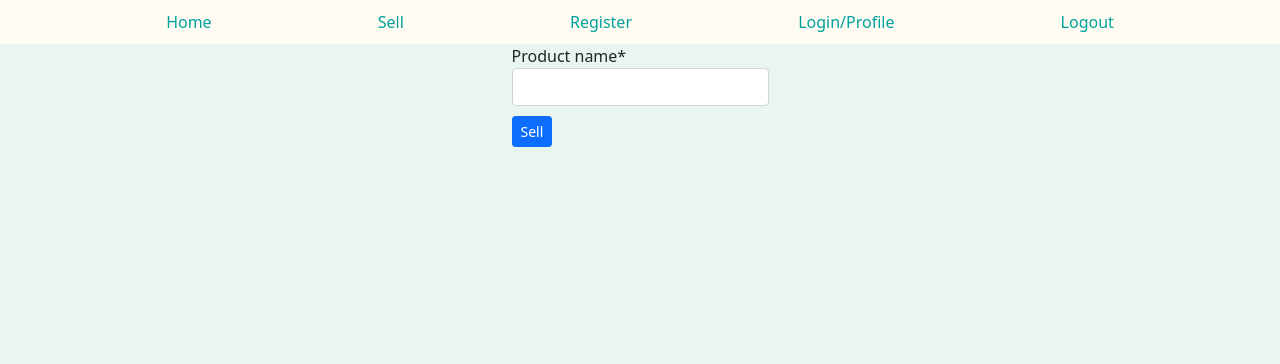
Repository: RiteshK555/itw-project
Page: http://localhost/sell/
The author's editor kept a copy of each file at every save. The page is drawn from the files as they stood at one save, then again after a run of saves.
The browser window is 1280 px wide. The pictures show the whole page.
The page is served by the project's application, run on Django 3.2 (student_olx/manage.py). Other server files are loaded and not shown. The page reads the database file committed with the project.

Above is the page before, as saved 2021-09-23 12:29:33.

### student_olx/main/templates/main/sell.html
{%extends 'main/base.html'%}
{% load static %}
{%block title%}
Sell
{%endblock%}
{%load crispy_forms_tags%}
{% block styles %}
<link rel="stylesheet" type="text/css" href="{% static 'main/sell.css'%}">
{% endblock %}
{%block content%}
<div class="formsell">
<form method="POST" class="form-group" action="/sell/">
{%csrf_token %}
{{form|crispy}}
<button type="submit"  class="btn sellbutton btn-sm btn-primary" name="save">Sell</button>
</form>
</div>
{%endblock%}

### student_olx/main/templates/main/base.html
{% load static%}
<!DOCTYPE html>
<!--[if lt IE 7]>      <html class="no-js lt-ie9 lt-ie8 lt-ie7"> <![endif]-->
<!--[if IE 7]>         <html class="no-js lt-ie9 lt-ie8"> <![endif]-->
<!--[if IE 8]>         <html class="no-js lt-ie9"> <![endif]-->
<!--[if gt IE 8]>      <html class="no-js"> <!--<![endif]-->
<html lang="en">
    <head>
        <meta charset="utf-8">
        <meta http-equiv="X-UA-Compatible" content="IE=edge">
        <title>{%block title%}This is Base Title{%endblock%}</title>
        <meta name="description" content="">
        <link href="https://cdn.jsdelivr.net/npm/bootstrap@5.1.1/dist/css/bootstrap.min.css" rel="stylesheet" integrity="sha384-F3w7mX95PdgyTmZZMECAngseQB83DfGTowi0iMjiWaeVhAn4FJkqJByhZMI3AhiU" crossorigin="anonymous">
        <meta name="viewport" content="width=device-width, initial-scale=1">
        <link rel="stylesheet" type="text/css" href="{% static 'main/style.css'%}">
        {% block styles %}
        {% endblock %}
    </head>
    <div class="header">
        <a href="/">Home</a>
        <a href="/sell">Sell</a>
       <a href="/register">Register</a>
        <a href="/login">Login/Profile</a>
        <a href="/logout">Logout</a>
    </div>
    <body>
    <div id="content">
    {%block content %}
    {% endblock %}
    </div>
        <!--[if lt IE 7]>
            <p class="browsehappy">You are using an <strong>outdated</strong> browser. Please <a href="#">upgrade your browser</a> to improve your experience.</p>
        <![endif]-->
        <script src="https://cdn.jsdelivr.net/npm/bootstrap@5.1.1/dist/js/bootstrap.bundle.min.js" integrity="sha384-/bQdsTh/da6pkI1MST/rWKFNjaCP5gBSY4sEBT38Q/9RBh9AH40zEOg7Hlq2THRZ" crossorigin="anonymous"></script>
        <script src="" async defer></script>
    </body>
</html>

### student_olx/main/forms.py
from django import forms
from .models import *
class CreateNewProduct(forms.ModelForm):
    class Meta:
        model=product
        fields=['product_name']

### student_olx/main/models.py
from django.db import models
from django.contrib.auth.models import User
# Create your models here.
class product(models.Model):
    seller=models.ForeignKey(User,on_delete=models.CASCADE,default=1)
    product_name=models.CharField(max_length=200,default='')
    description=models.CharField(max_length=600,default='')
    product_img=models.ImageField(upload_to='imgs')
    def __str__(self):
        return self.product_name

# class Item(models.Model):
#     todolist=models.ForeignKey(ToDoList,on_delete=models.CASCADE)
#     text=models.CharField(max_length=100)
#     complete=models.BooleanField()
#     def __str__(self):
#         return self.text

### student_olx/main/views.py
from django.http.response import HttpResponseRedirect
from django.shortcuts import render,redirect
from .models import product

# Create your views here.
from django.http import HttpResponse
from .forms import CreateNewProduct
def index(response,id):
    lis=product.objects.get(id=id)
    return render(response,"main/base.html",{"name":lis})
def home(response):
    all_products=product.objects.all()
    return render(response,"main/home.html",{"products":all_products})
def sell(response):
    if response.method == "POST":
        form=CreateNewProduct(response.POST)
        if form.is_valid():
            p_n=form.cleaned_data["product_name"]
            d=form.cleaned_data["description"]
            m=product(product_name=p_n,description=d)
            m.save()
        return render(response,"main/home.html")
    else:
        form=CreateNewProduct()
    return render(response,"main/sell.html",{"form":form})
def buy(response):
    return render(response,"main/buy.html",{})

### student_olx/student_olx/urls.py
"""student_olx URL Configuration

The `urlpatterns` list routes URLs to views. For more information please see:
    https://docs.djangoproject.com/en/3.1/topics/http/urls/
Examples:
Function views
    1. Add an import:  from my_app import views
    2. Add a URL to urlpatterns:  path('', views.home, name='home')
Class-based views
    1. Add an import:  from other_app.views import Home
    2. Add a URL to urlpatterns:  path('', Home.as_view(), name='home')
Including another URLconf
    1. Import the include() function: from django.urls import include, path
    2. Add a URL to urlpatterns:  path('blog/', include('blog.urls'))
"""
from django.contrib import admin
from django.urls import path,include
from django.conf import settings
from django.conf.urls.static import static
# from main import views as v
from  registration import views
urlpatterns = [
    path('admin/', admin.site.urls),
    path("register/",views.register,name="register"),
    path("login/",views.login,name="login"),
    path("addfunds/",views.addfunds,name="addfunds"),
    path("",include("main.urls")),
    path("",include("django.contrib.auth.urls")),
]
if settings.DEBUG:
    urlpatterns+=static(settings.MEDIA_URL,document_root=settings.MEDIA_ROOT)

### student_olx/main/urls.py
from django.urls import path
from . import views
urlpatterns =[
    path("<int:id>",views.index,name="index"),
    path("",views.home,name="home"),
    path("sell/",views.sell,name="sell"),
    path("buy/",views.buy,name="buy"),
]

### student_olx/main/static/main/style.css
.header{
    display: flex;
    justify-content: space-evenly;
    padding-top: 10px;
    padding-bottom: 10px;
    background-color:#FEFBF3;
}
a{
    color:#00A19D;
    text-decoration: none;
}
body{
    margin:0px;
    background-color:#E8F6EF;
}

### student_olx/main/static/main/sell.css
.formsell{
    display: flex;
    justify-content: center;
}
.sellbutton{
    margin-top: 10px;
}

### student_olx/db.sqlite3 (the tables this page reads, as SQL)
CREATE TABLE "auth_user" ("id" integer NOT NULL PRIMARY KEY AUTOINCREMENT, "password" varchar(128) NOT NULL, "last_login" datetime NULL, "is_superuser" bool NOT NULL, "username" varchar(150) NOT NULL UNIQUE, "last_name" varchar(150) NOT NULL, "email" varchar(254) NOT NULL, "is_staff" bool NOT NULL, "is_active" bool NOT NULL, "date_joined" datetime NOT NULL, "first_name" varchar(150) NOT NULL);
INSERT INTO "auth_user" VALUES
(1, 'pbkdf2_sha256$216000$dpLESKwM1cC5$qgOapkduVuoeyL1FTTiNccq427e4PyMtQ4nbnKLXUTQ=', '2021-09-24 12:14:03.118146', 1, 'ritesh', '', '', 1, 1, '2021-09-24 07:47:09.269237', ''),
(4, 'pbkdf2_sha256$216000$BsVlRRmIG7Gr$hzEbTzhhY1pH3KcUttqPd2WLQ7LSS9WVawfOSRPa8+I=', '2021-09-24 12:19:22.551656', 0, 'Lopezlyneljan', '', '', 0, 1, '2021-09-24 10:52:33.434398', '');

After the next 6 saves:
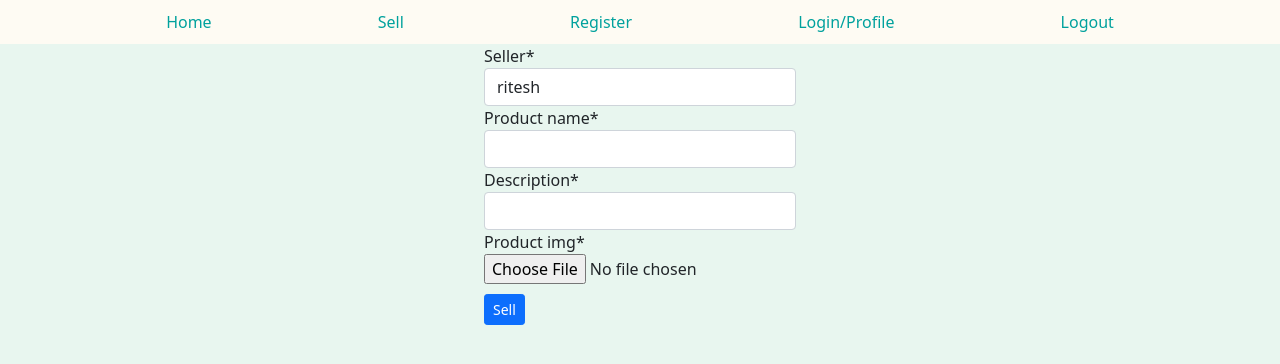
The 6 saves are shown as one change because 2 did not build or start and some came seconds apart.
The last was saved 38 s later.
--- a/student_olx/main/forms.py
+++ b/student_olx/main/forms.py
@@ -3,4 +3,4 @@ from .models import *
 class CreateNewProduct(forms.ModelForm):
     class Meta:
         model=product
-        fields=['product_name']
+        fields=['seller','product_name','description','product_img']
